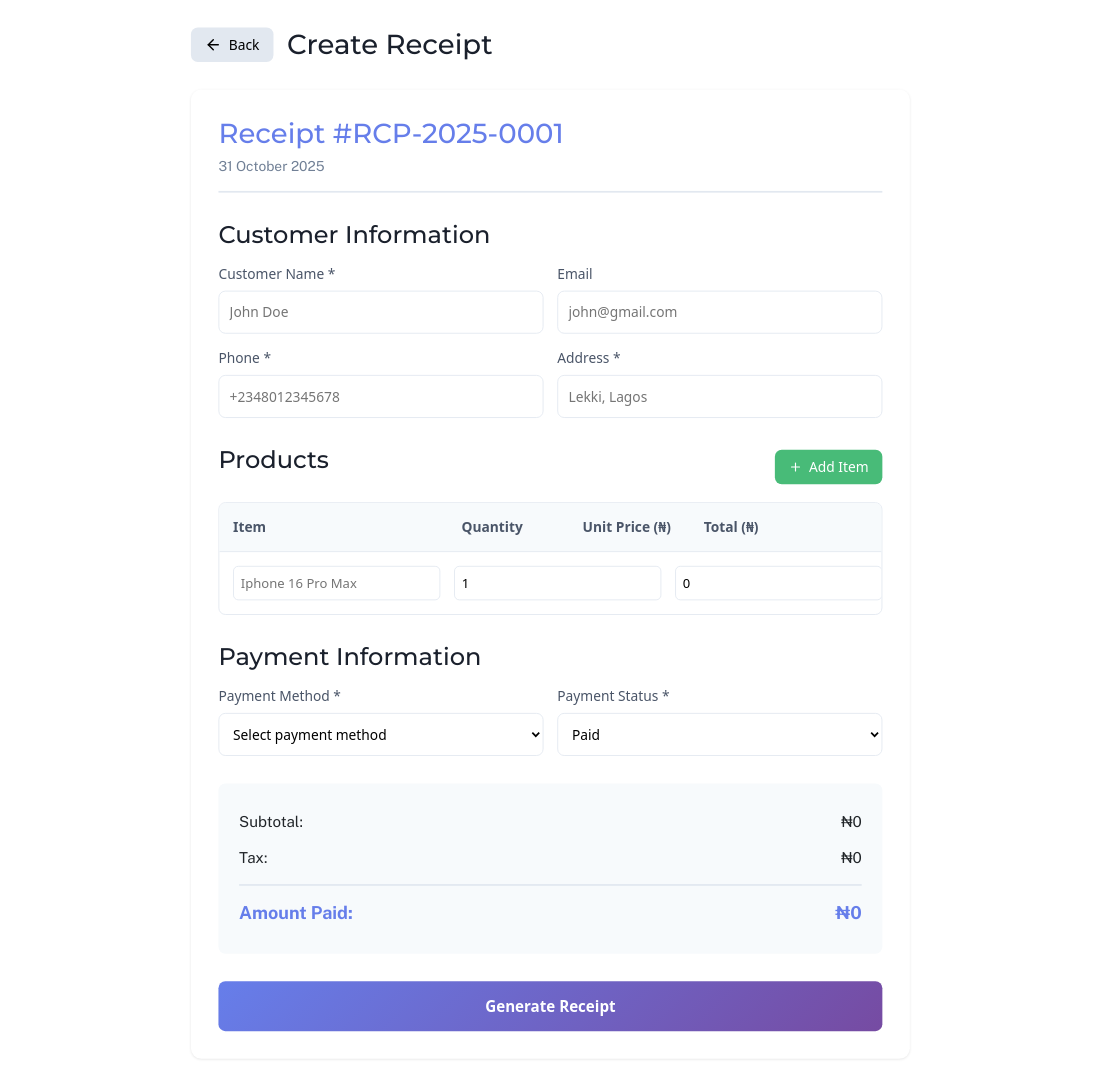
Repository: Manny1294/prescotech-receipt-generator
Page: /create
The author's editor kept a copy of each file at every save. The page is drawn from the files as they stood at one save, then again after the next save.
The browser window is 1280 px wide. The pictures show the whole page, at 86% of full size.
The project was rebuilt for these pictures with package versions that can differ from the ones it lists, and the page was loaded fresh each time. Also part of the build but not shown: vite.config.js, src/components/ReceiptList.vue, src/views/HomeView.vue, src/components/ReceiptPreview.vue.

Above is the page before, as saved 2025-11-02 13:09:33.

### index.html
<!doctype html>
<html lang="">
  <head>
    <meta charset="UTF-8" />
    <link rel="icon" href="/favicon.ico" />
    <meta name="viewport" content="width=device-width, initial-scale=1.0" />
    <title>Presco Tech</title>
  </head>
  <body>
    <div id="app"></div>
    <script type="module" src="/src/main.js"></script>
  </body>
</html>

### src/main.js
import { createApp } from 'vue'
import { createPinia } from 'pinia'
import App from './App.vue'
import router from './router'
import 'bootstrap/dist/css/bootstrap.min.css'
import 'bootstrap'

const app = createApp(App)

app.use(createPinia())
app.use(router)

app.mount('#app')

### src/App.vue
<template>
  <div id="app">
    <RouterView />
  </div>
</template>

<script setup>
import { RouterView } from 'vue-router'
</script>

<style>
@import url('https://fonts.googleapis.com/css2?family=Public+Sans:ital,wght@0,100..900;1,100..900&display=swap');
@import url('https://fonts.googleapis.com/css2?family=Montserrat:ital,wght@0,100..900;1,100..900&display=swap');
body {
  margin: 0 auto;
  padding: 0;
  font-family: 'Montserrat', sans-serif;
}

html,
body {
  overflow-x: hidden;
  background: #081b29;
}

h1,
h2,
h3 {
  font-family: 'Montserrat', sans-serif;
}

p,
span,
li {
  font-family: 'Public Sans', sans-serif; /* paragraphs */
}
</style>

### src/router/index.js
import { createRouter, createWebHistory } from 'vue-router'
import HomeView from '../views/HomeView.vue'
import CreateReceiptView from '../views/CreateReceiptView.vue'

const router = createRouter({
  history: createWebHistory(import.meta.env.BASE_URL),
  routes: [
    {
      path: '/',
      name: 'home',
      component: HomeView,
    },
    {
      path: '/create',
      name: 'create',
      component: CreateReceiptView,
    },
  ],
})

export default router

### src/views/CreateReceiptView.vue
<script setup>
import { ref, onMounted } from 'vue'
import { useRouter } from 'vue-router'
import { ArrowLeft as ArrowLeftIcon } from 'lucide-vue-next'
import { useReceiptStore } from '../stores/receiptStore'
import ReceiptForm from '../components/ReceiptForm.vue'
import ReceiptPreview from '../components/ReceiptPreview.vue'

const router = useRouter()
const receiptStore = useReceiptStore()

const receiptNumber = ref('')
const showPreview = ref(false)
const receiptData = ref(null)

onMounted(() => {
  receiptNumber.value = receiptStore.generateReceiptNumber()
})

const goBack = () => {
  router.push('/')
}

const handleGenerate = (data) => {
  receiptData.value = data
  showPreview.value = true
}

const handleSave = async () => {
  const saved = await receiptStore.saveReceipt(receiptData.value)
  if (saved) {
    alert('Receipt saved successfully!')
    router.push('/')
  }
}
</script>

<template>
  <div class="create-container">
    <div class="header">
      <button @click="goBack" class="btn-back">
        <ArrowLeftIcon :size="20" />
        Back
      </button>
      <h1>Create Receipt</h1>
    </div>

    <div v-if="!showPreview">
      <ReceiptForm
        :receipt-number="receiptNumber"
        :initial-data="receiptData"
        @generate="handleGenerate"
      />
    </div>

    <div v-else>
      <ReceiptPreview :receipt="receiptData" @back="showPreview = false" @save="handleSave" />
    </div>
  </div>
</template>

<style scoped>
.create-container {
  max-width: 900px;
  margin: 0 auto;
  padding: 2rem;
}

.header {
  display: flex;
  align-items: center;
  gap: 1rem;
  margin-bottom: 2rem;
}

.btn-back {
  background: #e2e8f0;
  border: none;
  padding: 0.5rem 1rem;
  border-radius: 8px;
  cursor: pointer;
  display: flex;
  align-items: center;
  gap: 0.5rem;
  font-weight: 500;
}

.btn-back:hover {
  background: #cbd5e0;
}

h1 {
  font-size: 2rem;
  color: #1a202c;
  margin: 0;
}
</style>

### src/stores/receiptStore.js
import { defineStore } from 'pinia'
import { ref } from 'vue'

export const useReceiptStore = defineStore('receipt', () => {
  const receipts = ref([])
  const currentReceipt = ref(null)

  const loadReceipts = async () => {
    try {
      const result = await window.Storage.list('receipt:')
      if (result && result.keys) {
        const receiptData = await Promise.all(
          result.keys.map(async (key) => {
            try {
              const data = await window.storage.get(key)
              return data ? JSON.parse(data.value) : null
            } catch {
              return null
            }
          }),
        )
        receipts.value = receiptData.filter((rec) => rec !== null)
      }
    } catch (error) {
      console.log('No receipts yet')
    }
  }

  const generateReceiptNumber = () => {
    const year = new Date().getFullYear()
    const count = receipts.value.length + 1
    return `RCP-${year}-${String(count).padStart(4, '0')}`
  }

  const saveReceipt = async (receipt) => {
    try {
      await window.storage.set(`receipt:${receipt.receiptNumber}`, JSON.stringify(receipt))
      await loadReceipts()
      return true
    } catch (error) {
      console.error('Error saving receipt:', error)
      return false
    }
  }

  const deleteReceipt = async (receiptNumber) => {
    try {
      await window.storage.delete(`receipt:${receiptNumber}`)
      await loadReceipts()
      return true
    } catch (error) {
      console.error('Error deleting receipt:', error)
      return false
    }
  }

  return {
    receipts,
    currentReceipt,
    loadReceipts,
    generateReceiptNumber,
    saveReceipt,
    deleteReceipt,
  }
})

### src/components/ReceiptForm.vue
<template>
  <div class="form-container">
    <div class="receipt-header">
      <h2>Receipt #{{ receiptNumber }}</h2>
      <p class="date">{{ currentDate }}</p>
    </div>

    <form @submit.prevent="generateReceipt">
      <div class="section">
        <h3>Customer Information</h3>
        <div class="form-grid">
          <div class="form-group">
            <label>Customer Name *</label>
            <input v-model="formData.customerName" type="text" required placeholder="John Doe" />
          </div>
          <div class="form-group">
            <label>Email</label>
            <input v-model="formData.customerEmail" type="email" placeholder="john@gmail.com" />
          </div>
          <div class="form-group">
            <label>Phone *</label>
            <input
              v-model="formData.customerPhone"
              type="tel"
              required
              placeholder="+2348012345678"
            />
          </div>
          <div class="form-group">
            <label>Address *</label>
            <input
              v-model="formData.customerAddress"
              type="text"
              required
              placeholder="Lekki, Lagos"
            />
          </div>
        </div>
      </div>

      <div class="section">
        <div class="section-header">
          <h3>Products</h3>
          <button type="button" @click="addItem" class="btn-add">
            <PlusIcon :size="16" />
            Add Item
          </button>
        </div>

        <div class="items-table">
          <div class="table-header">
            <div>Item</div>
            <div>Quantity</div>
            <div>Unit Price (₦)</div>
            <div>Total (₦)</div>
            <div></div>
          </div>

          <div v-for="(item, index) in formData.items" :key="index" class="table-row">
            <input v-model="item.name" type="text" required placeholder="Iphone 16 Pro Max" />
            <input v-model.number="item.quantity" type="number" min="1" required />
            <input
              v-model.number="item.price"
              type="number"
              min="0"
              required
              placeholder="120000"
            />
            <div class="total-cell">
              {{ formatCurrency(item.quantity * item.price) }}
            </div>
            <button
              type="button"
              @click="removeItem(index)"
              class="btn-remove"
              :disabled="formData.items.length === 1"
            >
              <Trash2Icon :size="16" />
            </button>
          </div>
        </div>
      </div>

      <div class="section">
        <h3>Payment Information</h3>
        <div class="form-grid">
          <div class="form-group">
            <label>Payment Method *</label>
            <select v-model="formData.paymentMethod" required>
              <option value="">Select payment method</option>
              <option value="Cash">Cash</option>
              <option value="Bank Transfer">Bank Transfer</option>
              <option value="POS">POS</option>
            </select>
          </div>
          <div class="form-group">
            <label>Payment Status *</label>
            <select v-model="formData.paymentStatus" required>
              <option value="Paid">Paid</option>
              <!-- <option value="Partial">Partial Payment</option> -->
            </select>
          </div>
        </div>
      </div>

      <div class="totals">
        <div class="total-row">
          <span>Subtotal:</span>
          <span>{{ formatCurrency(calculateSubtotal()) }}</span>
        </div>
        <div class="total-row">
          <span>Tax:</span>
          <span>₦0</span>
        </div>
        <div class="total-row grand-total">
          <span>Amount Paid:</span>
          <span>{{ formatCurrency(calculateSubtotal()) }}</span>
        </div>
      </div>

      <button type="submit" class="btn-generate">Generate Receipt</button>
    </form>
  </div>
</template>

<script setup>
import { ref, computed } from 'vue'
import { Plus as PlusIcon, Trash2 as Trash2Icon } from 'lucide-vue-next'

const props = defineProps({
  receiptNumber: String,
  initialData: Object,
})

const emit = defineEmits(['generate'])

const formData = ref({
  customerName: '',
  customerEmail: '',
  customerPhone: '',
  customerAddress: '',
  items: [{ name: '', quantity: 1, price: 0 }],
  paymentMethod: '',
  paymentStatus: 'Paid',
})

// Load initial data if editing
if (props.initialData) {
  formData.value = {
    customerName: props.initialData.customer.name,
    customerEmail: props.initialData.customer.email,
    customerPhone: props.initialData.customer.phone,
    customerAddress: props.initialData.customer.address,
    items: props.initialData.items.map((item) => ({ ...item })),
    paymentMethod: props.initialData.paymentMethod,
    paymentStatus: props.initialData.paymentStatus,
  }
}

const currentDate = computed(() => {
  return new Date().toLocaleDateString('en-NG', {
    year: 'numeric',
    month: 'long',
    day: 'numeric',
  })
})

const addItem = () => {
  formData.value.items.push({ name: '', quantity: 1, price: 0 })
}

const removeItem = (index) => {
  if (formData.value.items.length > 1) {
    formData.value.items.splice(index, 1)
  }
}

const calculateSubtotal = () => {
  return formData.value.items.reduce((sum, item) => {
    return sum + item.quantity * item.price
  }, 0)
}

const formatCurrency = (amount) => {
  return `₦${amount.toLocaleString('en-NG')}`
}

const generateReceipt = () => {
  const receipt = {
    receiptNumber: props.receiptNumber,
    date: new Date().toISOString(),
    customer: {
      name: formData.value.customerName,
      email: formData.value.customerEmail,
      phone: formData.value.customerPhone,
      address: formData.value.customerAddress,
    },
    items: formData.value.items,
    paymentMethod: formData.value.paymentMethod,
    paymentStatus: formData.value.paymentStatus,
    subtotal: calculateSubtotal(),
    tax: 0,
    total: calculateSubtotal(),
  }

  emit('generate', receipt)
}
</script>

<style scoped>
.form-container {
  background: white;
  border-radius: 12px;
  padding: 2rem;
  box-shadow: 0 1px 3px rgba(0, 0, 0, 0.1);
}

.receipt-header {
  margin-bottom: 2rem;
  padding-bottom: 1rem;
  border-bottom: 2px solid #e2e8f0;
}

.receipt-header h2 {
  color: #667eea;
  margin: 0 0 0.5rem 0;
}

.date {
  color: #718096;
  margin: 0;
}

.section {
  margin-bottom: 2rem;
}

.section h3 {
  color: #1a202c;
  margin-bottom: 1rem;
}

.section-header {
  display: flex;
  justify-content: space-between;
  align-items: center;
  margin-bottom: 1rem;
}

.form-grid {
  display: grid;
  grid-template-columns: repeat(2, 1fr);
  gap: 1rem;
}

.form-group {
  display: flex;
  flex-direction: column;
}

.form-group label {
  font-weight: 500;
  margin-bottom: 0.5rem;
  color: #4a5568;
}

.form-group input {
  padding: 0.75rem;
  border: 1px solid #e2e8f0;
  border-radius: 8px;
  font-size: 1rem;
}

.form-group select {
  padding: 0.75rem;
  border: 1px solid #e2e8f0;
  border-radius: 8px;
  font-size: 1rem;
  background: white;
  cursor: pointer;
}

.form-group input:focus,
.form-group select:focus {
  outline: none;
  border-color: #667eea;
}

.btn-add {
  background: #48bb78;
  color: white;
  border: none;
  padding: 0.5rem 1rem;
  border-radius: 8px;
  cursor: pointer;
  display: flex;
  align-items: center;
  gap: 0.5rem;
  font-weight: 500;
}

.btn-add:hover {
  background: #38a169;
}

.items-table {
  border: 1px solid #e2e8f0;
  border-radius: 8px;
  overflow: hidden;
}

.table-header {
  display: grid;
  grid-template-columns: 2fr 1fr 1fr 1fr 50px;
  gap: 1rem;
  padding: 1rem;
  background: #f7fafc;
  font-weight: 600;
  color: #4a5568;
}

.table-row {
  display: grid;
  grid-template-columns: 2fr 1fr 1fr 1fr 50px;
  gap: 1rem;
  padding: 1rem;
  border-top: 1px solid #e2e8f0;
  align-items: center;
}

.table-row input {
  padding: 0.5rem;
  border: 1px solid #e2e8f0;
  border-radius: 6px;
  font-size: 0.95rem;
}

.table-row input:focus {
  outline: none;
  border-color: #667eea;
}

.total-cell {
  font-weight: 500;
  color: #1a202c;
}

.btn-remove {
  background: #fc8181;
  color: white;
  border: none;
  padding: 0.5rem;
  border-radius: 6px;
  cursor: pointer;
  display: flex;
  align-items: center;
  justify-content: center;
}

.btn-remove:hover:not(:disabled) {
  background: #f56565;
}

.btn-remove:disabled {
  opacity: 0.5;
  cursor: not-allowed;
}

.totals {
  background: #f7fafc;
  padding: 1.5rem;
  border-radius: 8px;
  margin-top: 2rem;
}

.total-row {
  display: flex;
  justify-content: space-between;
  padding: 0.5rem 0;
  font-size: 1.1rem;
}

.grand-total {
  border-top: 2px solid #e2e8f0;
  margin-top: 0.5rem;
  padding-top: 1rem;
  font-weight: 700;
  font-size: 1.3rem;
  color: #667eea;
}

.btn-generate {
  width: 100%;
  background: linear-gradient(135deg, #667eea 0%, #764ba2 100%);
  color: white;
  border: none;
  padding: 1rem 2rem;
  border-radius: 8px;
  font-size: 1.1rem;
  font-weight: 600;
  cursor: pointer;
  margin-top: 2rem;
}

.btn-generate:hover {
  opacity: 0.9;
}
</style>

After the next save:
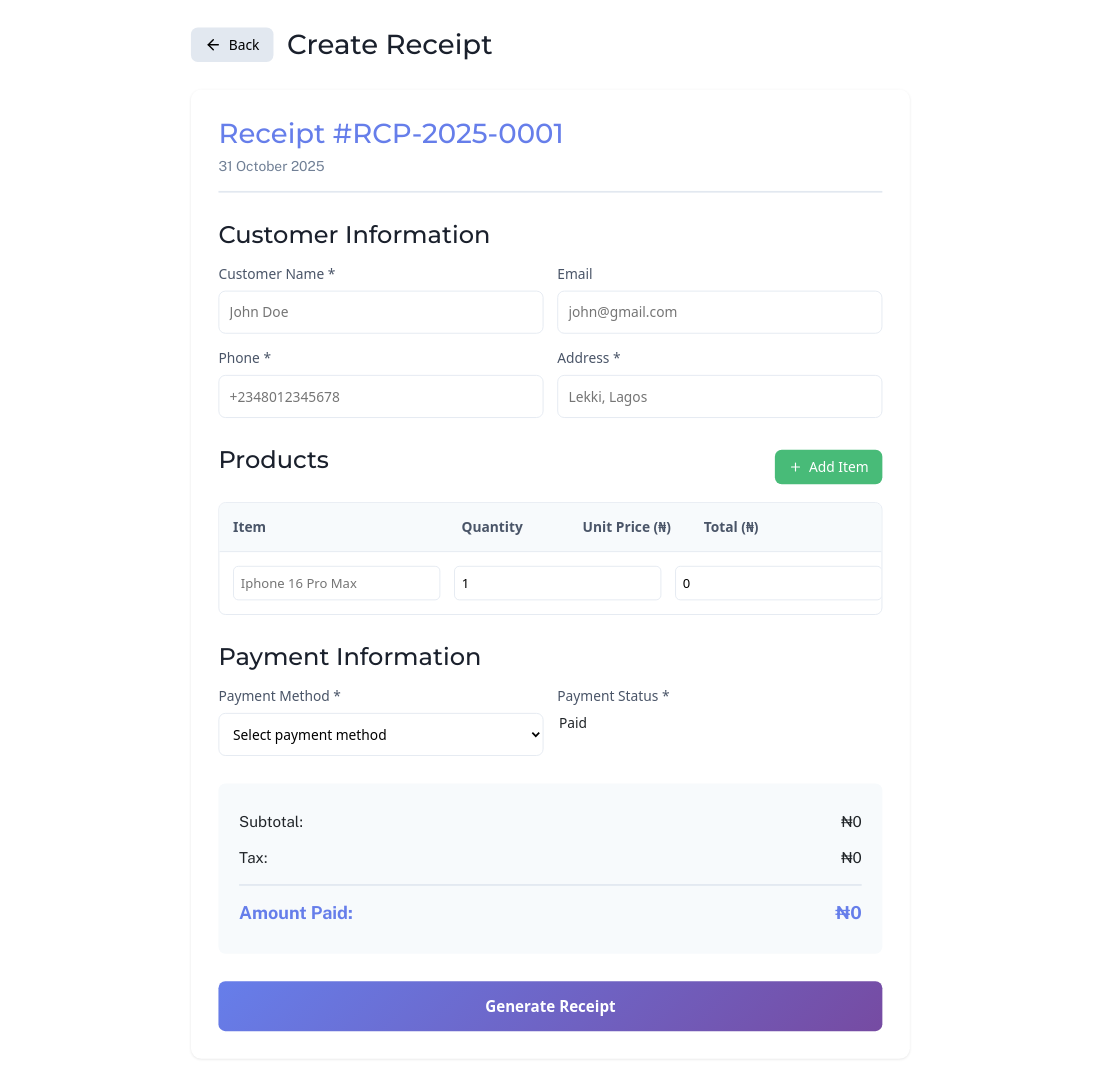
Saved 40 s later.
--- a/src/components/ReceiptForm.vue
+++ b/src/components/ReceiptForm.vue
@@ -95,10 +95,10 @@
           </div>
           <div class="form-group">
             <label>Payment Status *</label>
-            <select v-model="formData.paymentStatus" required>
-              <option value="Paid">Paid</option>
-              <!-- <option value="Partial">Partial Payment</option> -->
-            </select>
+            <!-- <select v-model="formData.paymentStatus" required> -->
+            <option value="Paid">Paid</option>
+            <!-- <option value="Partial">Partial Payment</option> -->
+            <!-- </select> -->
           </div>
         </div>
       </div>

After the save that followed:
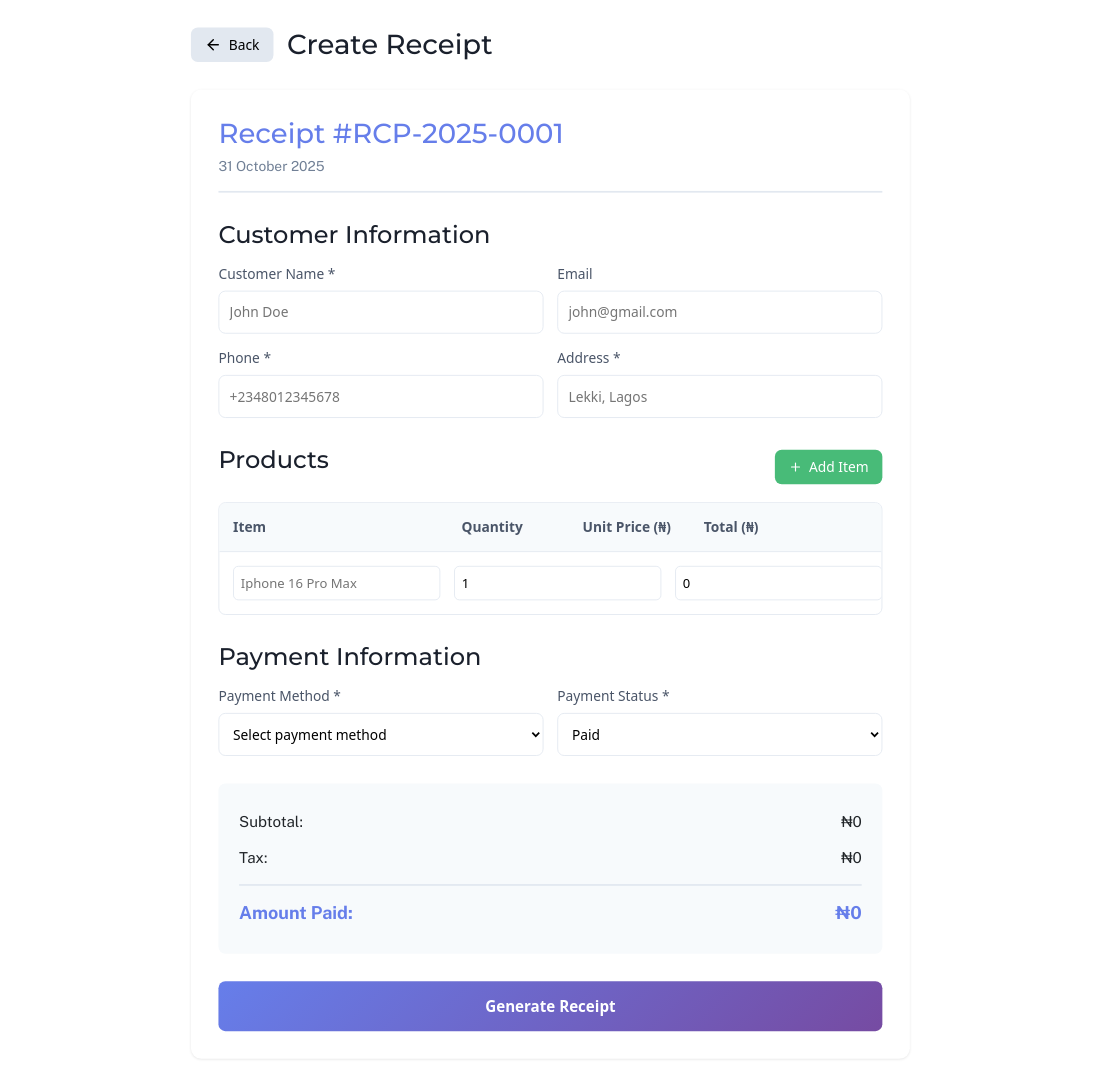
Saved 9 s later.
--- a/src/components/ReceiptForm.vue
+++ b/src/components/ReceiptForm.vue
@@ -95,10 +95,10 @@
           </div>
           <div class="form-group">
             <label>Payment Status *</label>
-            <!-- <select v-model="formData.paymentStatus" required> -->
-            <option value="Paid">Paid</option>
-            <!-- <option value="Partial">Partial Payment</option> -->
-            <!-- </select> -->
+            <select v-model="formData.paymentStatus" required>
+              <option value="Paid">Paid</option>
+              <!-- <option value="Partial">Partial Payment</option> -->
+            </select>
           </div>
         </div>
       </div>
